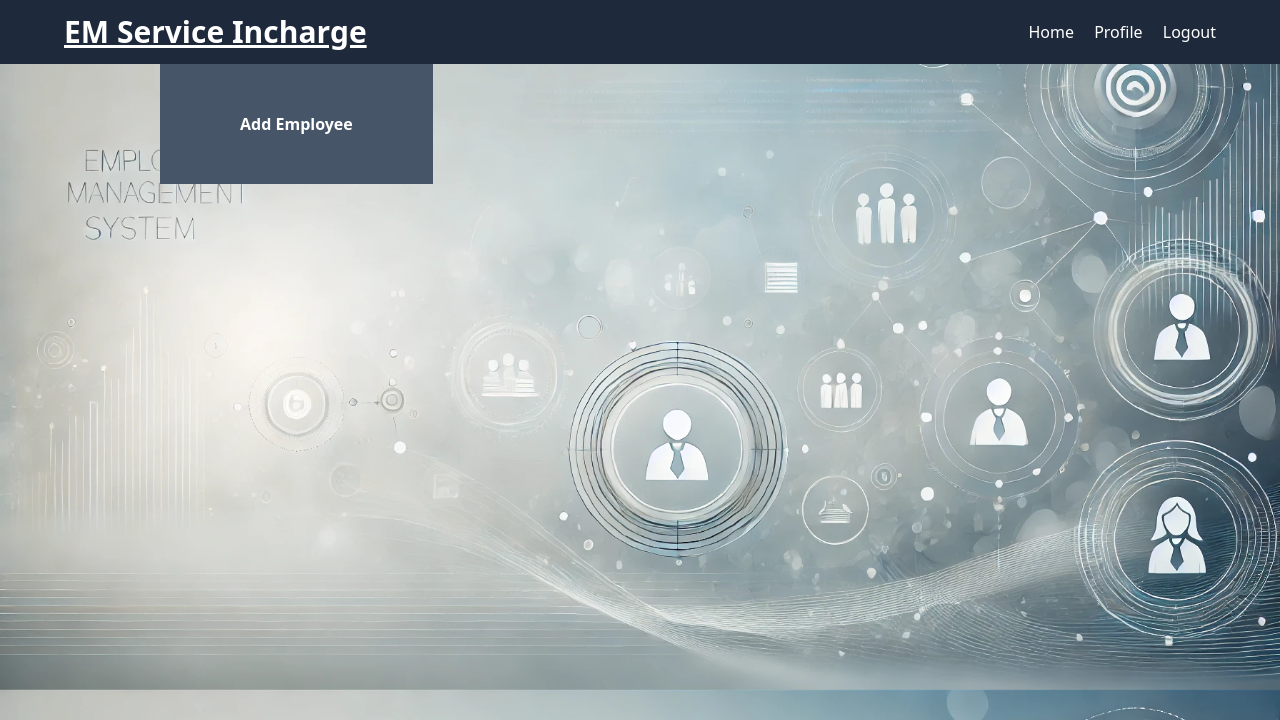
Repository: Vaibhav979/EmployeeManagement-Spring
Page: / (app in em-project-view/)
An editor plug-in stored every save of this project. The page is shown before and after the next save, followed by the edit.
The browser window is 1280 px wide. The pictures show the whole page.
The project was rebuilt for these pictures with package versions that can differ from the ones it lists, and the page was loaded fresh each time. Also part of the build but not shown: em-project-view/vite.config.js.

Above is the page before, as saved 2025-01-02 22:41:17.

After the next save:
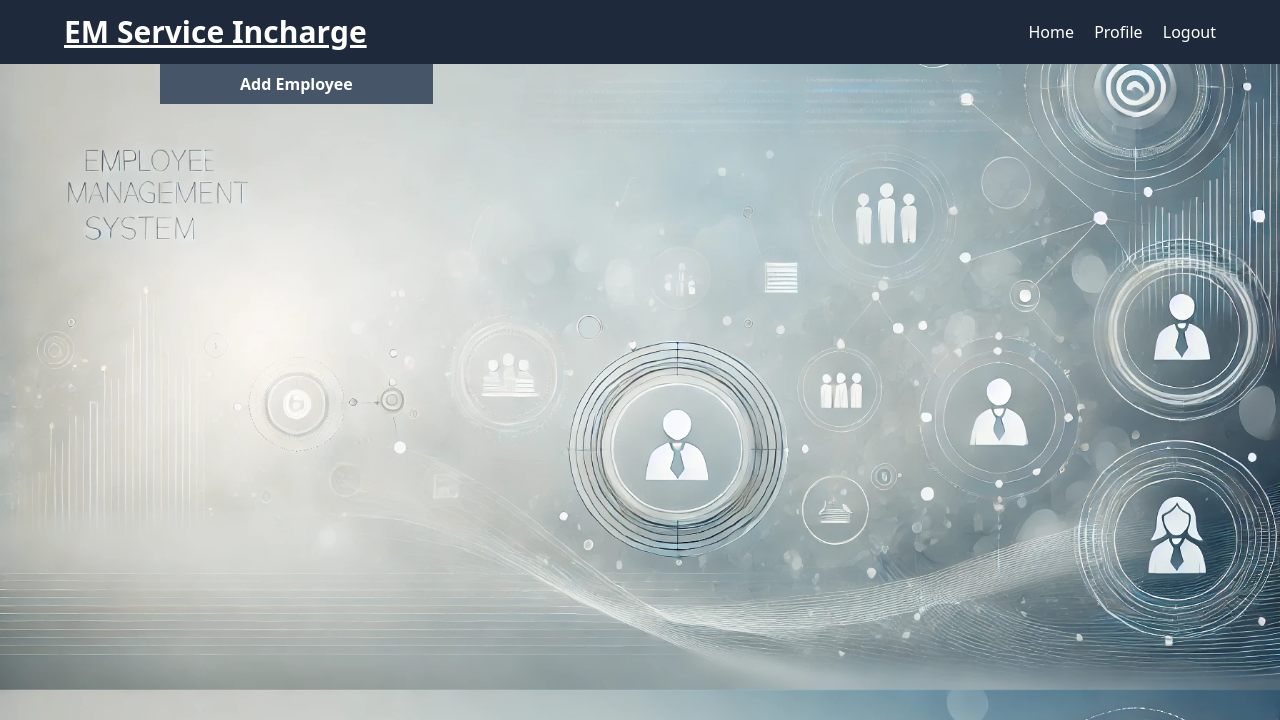
Saved 5 s later.
--- a/em-project-view/src/App.jsx
+++ b/em-project-view/src/App.jsx
@@ -23,7 +23,7 @@ function App() {
       </div>
 
       <div>
-        <button className="bg-slate-600 hover:bg-blue-700 mx-40 py-12 font-semibold px-20 py">
+        <button className="bg-slate-600 hover:bg-blue-700 mx-40 py-12 font-semibold px-20 py-2">
           Add Employee
         </button>
       </div>
